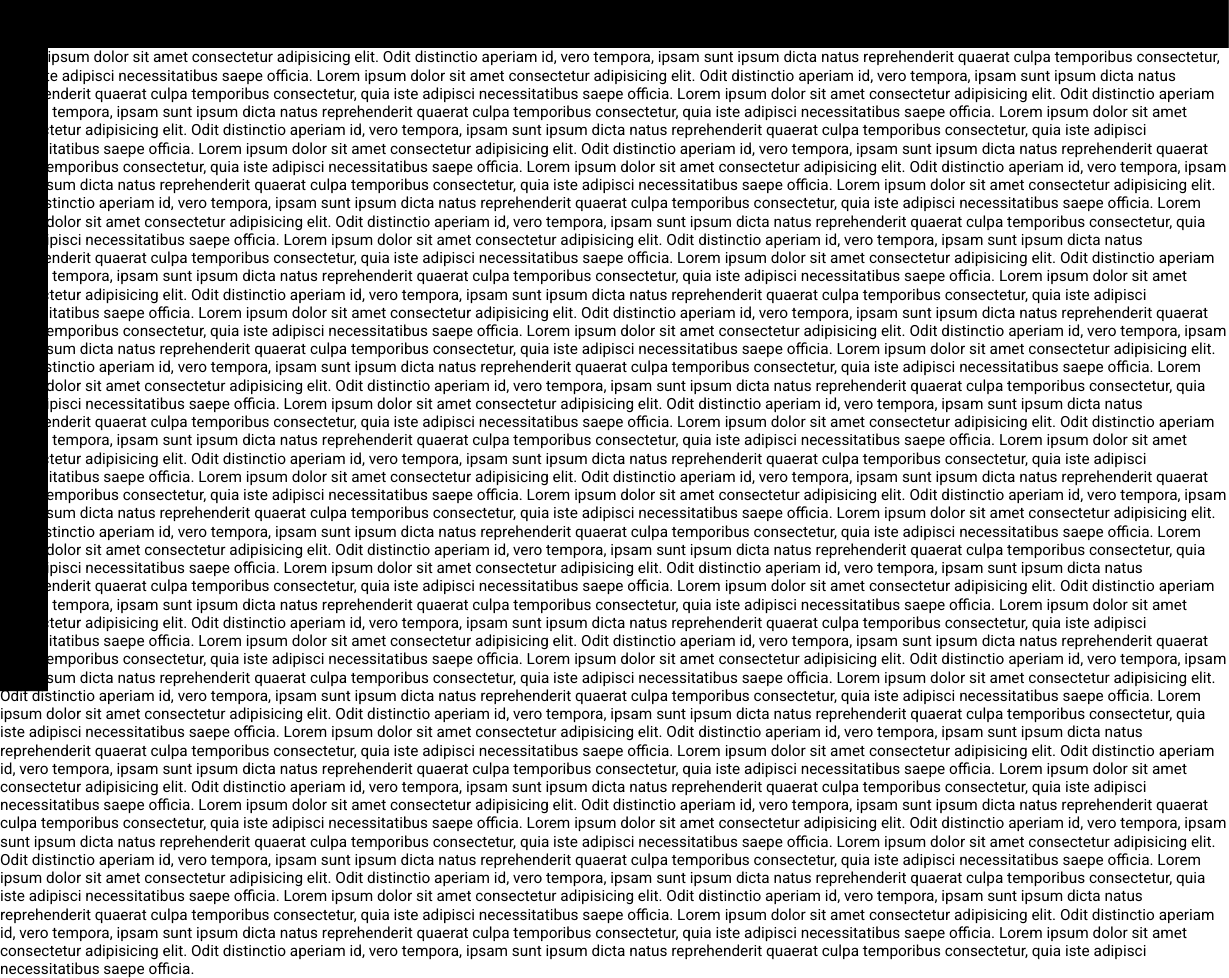
Repository: JulyK9/Movie-Website
Page: index.html
These files come from the project's save history. The page is drawn as it stood at one moment and after the next save; the edit follows.
The browser window is 1280 px wide. The pictures show the whole page, at 96% of full size.

Above is the page before, as saved 2022-07-02 23:05:52.

### index.html
<!DOCTYPE html>
<html lang="en">
<head>
    <meta charset="UTF-8">
    <meta http-equiv="X-UA-Compatible" content="IE=edge">
    <meta name="viewport" content="width=device-width, initial-scale=1.0">
    <title>Movie design</title>
    <link rel="stylesheet" href="style.css">

    <link rel="preconnect" href="https://fonts.googleapis.com">
    <link rel="preconnect" href="https://fonts.gstatic.com" crossorigin>
    <link href="https://fonts.googleapis.com/css2?family=Roboto:wght@100;300;400;500;700;900&family=Sen:wght@400;700;800&display=swap" rel="stylesheet">
</head>

<body>
    <nav class="navbar">
        <div class="navbar-container">
            <div class="logo-container"></div>
            <div class="menu-container"></div>
            <div class="profile-container"></div>
        </div>
    </nav>
    <div class="sidebar"></div>
    Lorem ipsum dolor sit amet consectetur adipisicing elit. Odit distinctio aperiam id, vero tempora, ipsam sunt ipsum dicta natus reprehenderit quaerat culpa temporibus consectetur, quia iste adipisci necessitatibus saepe officia.
    Lorem ipsum dolor sit amet consectetur adipisicing elit. Odit distinctio aperiam id, vero tempora, ipsam sunt ipsum dicta natus reprehenderit quaerat culpa temporibus consectetur, quia iste adipisci necessitatibus saepe officia.
    Lorem ipsum dolor sit amet consectetur adipisicing elit. Odit distinctio aperiam id, vero tempora, ipsam sunt ipsum dicta natus reprehenderit quaerat culpa temporibus consectetur, quia iste adipisci necessitatibus saepe officia.
    Lorem ipsum dolor sit amet consectetur adipisicing elit. Odit distinctio aperiam id, vero tempora, ipsam sunt ipsum dicta natus reprehenderit quaerat culpa temporibus consectetur, quia iste adipisci necessitatibus saepe officia.
    Lorem ipsum dolor sit amet consectetur adipisicing elit. Odit distinctio aperiam id, vero tempora, ipsam sunt ipsum dicta natus reprehenderit quaerat culpa temporibus consectetur, quia iste adipisci necessitatibus saepe officia.
    Lorem ipsum dolor sit amet consectetur adipisicing elit. Odit distinctio aperiam id, vero tempora, ipsam sunt ipsum dicta natus reprehenderit quaerat culpa temporibus consectetur, quia iste adipisci necessitatibus saepe officia.
    Lorem ipsum dolor sit amet consectetur adipisicing elit. Odit distinctio aperiam id, vero tempora, ipsam sunt ipsum dicta natus reprehenderit quaerat culpa temporibus consectetur, quia iste adipisci necessitatibus saepe officia.
    Lorem ipsum dolor sit amet consectetur adipisicing elit. Odit distinctio aperiam id, vero tempora, ipsam sunt ipsum dicta natus reprehenderit quaerat culpa temporibus consectetur, quia iste adipisci necessitatibus saepe officia.
    Lorem ipsum dolor sit amet consectetur adipisicing elit. Odit distinctio aperiam id, vero tempora, ipsam sunt ipsum dicta natus reprehenderit quaerat culpa temporibus consectetur, quia iste adipisci necessitatibus saepe officia.
    Lorem ipsum dolor sit amet consectetur adipisicing elit. Odit distinctio aperiam id, vero tempora, ipsam sunt ipsum dicta natus reprehenderit quaerat culpa temporibus consectetur, quia iste adipisci necessitatibus saepe officia.
    Lorem ipsum dolor sit amet consectetur adipisicing elit. Odit distinctio aperiam id, vero tempora, ipsam sunt ipsum dicta natus reprehenderit quaerat culpa temporibus consectetur, quia iste adipisci necessitatibus saepe officia.
    Lorem ipsum dolor sit amet consectetur adipisicing elit. Odit distinctio aperiam id, vero tempora, ipsam sunt ipsum dicta natus reprehenderit quaerat culpa temporibus consectetur, quia iste adipisci necessitatibus saepe officia.
    Lorem ipsum dolor sit amet consectetur adipisicing elit. Odit distinctio aperiam id, vero tempora, ipsam sunt ipsum dicta natus reprehenderit quaerat culpa temporibus consectetur, quia iste adipisci necessitatibus saepe officia.
    Lorem ipsum dolor sit amet consectetur adipisicing elit. Odit distinctio aperiam id, vero tempora, ipsam sunt ipsum dicta natus reprehenderit quaerat culpa temporibus consectetur, quia iste adipisci necessitatibus saepe officia.
    Lorem ipsum dolor sit amet consectetur adipisicing elit. Odit distinctio aperiam id, vero tempora, ipsam sunt ipsum dicta natus reprehenderit quaerat culpa temporibus consectetur, quia iste adipisci necessitatibus saepe officia.
    Lorem ipsum dolor sit amet consectetur adipisicing elit. Odit distinctio aperiam id, vero tempora, ipsam sunt ipsum dicta natus reprehenderit quaerat culpa temporibus consectetur, quia iste adipisci necessitatibus saepe officia.
    Lorem ipsum dolor sit amet consectetur adipisicing elit. Odit distinctio aperiam id, vero tempora, ipsam sunt ipsum dicta natus reprehenderit quaerat culpa temporibus consectetur, quia iste adipisci necessitatibus saepe officia.
    Lorem ipsum dolor sit amet consectetur adipisicing elit. Odit distinctio aperiam id, vero tempora, ipsam sunt ipsum dicta natus reprehenderit quaerat culpa temporibus consectetur, quia iste adipisci necessitatibus saepe officia.
    Lorem ipsum dolor sit amet consectetur adipisicing elit. Odit distinctio aperiam id, vero tempora, ipsam sunt ipsum dicta natus reprehenderit quaerat culpa temporibus consectetur, quia iste adipisci necessitatibus saepe officia.
    Lorem ipsum dolor sit amet consectetur adipisicing elit. Odit distinctio aperiam id, vero tempora, ipsam sunt ipsum dicta natus reprehenderit quaerat culpa temporibus consectetur, quia iste adipisci necessitatibus saepe officia.
    Lorem ipsum dolor sit amet consectetur adipisicing elit. Odit distinctio aperiam id, vero tempora, ipsam sunt ipsum dicta natus reprehenderit quaerat culpa temporibus consectetur, quia iste adipisci necessitatibus saepe officia.
    Lorem ipsum dolor sit amet consectetur adipisicing elit. Odit distinctio aperiam id, vero tempora, ipsam sunt ipsum dicta natus reprehenderit quaerat culpa temporibus consectetur, quia iste adipisci necessitatibus saepe officia.
    Lorem ipsum dolor sit amet consectetur adipisicing elit. Odit distinctio aperiam id, vero tempora, ipsam sunt ipsum dicta natus reprehenderit quaerat culpa temporibus consectetur, quia iste adipisci necessitatibus saepe officia.
    Lorem ipsum dolor sit amet consectetur adipisicing elit. Odit distinctio aperiam id, vero tempora, ipsam sunt ipsum dicta natus reprehenderit quaerat culpa temporibus consectetur, quia iste adipisci necessitatibus saepe officia.
    Lorem ipsum dolor sit amet consectetur adipisicing elit. Odit distinctio aperiam id, vero tempora, ipsam sunt ipsum dicta natus reprehenderit quaerat culpa temporibus consectetur, quia iste adipisci necessitatibus saepe officia.
    Lorem ipsum dolor sit amet consectetur adipisicing elit. Odit distinctio aperiam id, vero tempora, ipsam sunt ipsum dicta natus reprehenderit quaerat culpa temporibus consectetur, quia iste adipisci necessitatibus saepe officia.
    Lorem ipsum dolor sit amet consectetur adipisicing elit. Odit distinctio aperiam id, vero tempora, ipsam sunt ipsum dicta natus reprehenderit quaerat culpa temporibus consectetur, quia iste adipisci necessitatibus saepe officia.
    Lorem ipsum dolor sit amet consectetur adipisicing elit. Odit distinctio aperiam id, vero tempora, ipsam sunt ipsum dicta natus reprehenderit quaerat culpa temporibus consectetur, quia iste adipisci necessitatibus saepe officia.
    Lorem ipsum dolor sit amet consectetur adipisicing elit. Odit distinctio aperiam id, vero tempora, ipsam sunt ipsum dicta natus reprehenderit quaerat culpa temporibus consectetur, quia iste adipisci necessitatibus saepe officia.
    Lorem ipsum dolor sit amet consectetur adipisicing elit. Odit distinctio aperiam id, vero tempora, ipsam sunt ipsum dicta natus reprehenderit quaerat culpa temporibus consectetur, quia iste adipisci necessitatibus saepe officia.
    Lorem ipsum dolor sit amet consectetur adipisicing elit. Odit distinctio aperiam id, vero tempora, ipsam sunt ipsum dicta natus reprehenderit quaerat culpa temporibus consectetur, quia iste adipisci necessitatibus saepe officia.
    Lorem ipsum dolor sit amet consectetur adipisicing elit. Odit distinctio aperiam id, vero tempora, ipsam sunt ipsum dicta natus reprehenderit quaerat culpa temporibus consectetur, quia iste adipisci necessitatibus saepe officia.
    Lorem ipsum dolor sit amet consectetur adipisicing elit. Odit distinctio aperiam id, vero tempora, ipsam sunt ipsum dicta natus reprehenderit quaerat culpa temporibus consectetur, quia iste adipisci necessitatibus saepe officia.
    Lorem ipsum dolor sit amet consectetur adipisicing elit. Odit distinctio aperiam id, vero tempora, ipsam sunt ipsum dicta natus reprehenderit quaerat culpa temporibus consectetur, quia iste adipisci necessitatibus saepe officia.
    Lorem ipsum dolor sit amet consectetur adipisicing elit. Odit distinctio aperiam id, vero tempora, ipsam sunt ipsum dicta natus reprehenderit quaerat culpa temporibus consectetur, quia iste adipisci necessitatibus saepe officia.
    Lorem ipsum dolor sit amet consectetur adipisicing elit. Odit distinctio aperiam id, vero tempora, ipsam sunt ipsum dicta natus reprehenderit quaerat culpa temporibus consectetur, quia iste adipisci necessitatibus saepe officia.
    Lorem ipsum dolor sit amet consectetur adipisicing elit. Odit distinctio aperiam id, vero tempora, ipsam sunt ipsum dicta natus reprehenderit quaerat culpa temporibus consectetur, quia iste adipisci necessitatibus saepe officia.
    Lorem ipsum dolor sit amet consectetur adipisicing elit. Odit distinctio aperiam id, vero tempora, ipsam sunt ipsum dicta natus reprehenderit quaerat culpa temporibus consectetur, quia iste adipisci necessitatibus saepe officia.
    Lorem ipsum dolor sit amet consectetur adipisicing elit. Odit distinctio aperiam id, vero tempora, ipsam sunt ipsum dicta natus reprehenderit quaerat culpa temporibus consectetur, quia iste adipisci necessitatibus saepe officia.
</body>

</html>

### style.css
* {
    box-sizing: border-box;
    margin: 0;
}

body {
    font-family: 'Roboto', sans-serif;
/* font-family: 'Sen', sans-serif; */
    /* overflow: hidden; */
}

.navbar {
    width: 100vw;
    height: 50px;
    background-color: black;
}

.navbar-container {
    display: flex;
    align-items: center;
    background-color: blanchedalmond;
}

.sidebar {
    width: 50px;
    height: 100vh;
    background-color: black;
    position: fixed;   /* 스크롤바 생기는 부분 제거 및 사이드바 고정 */
    top: 0;     /* 사이드바 삳단 고정 */

}

After the next save:
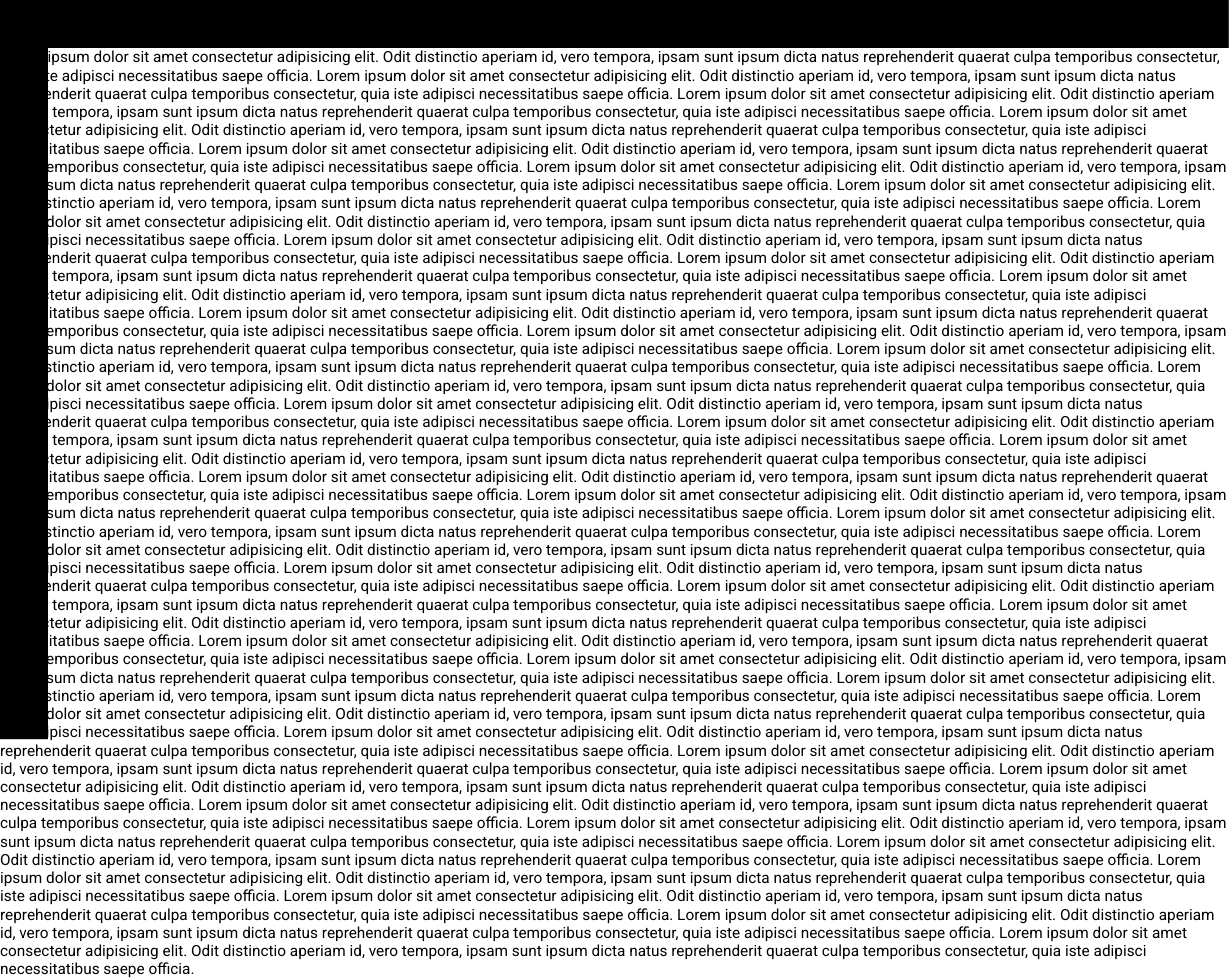
Saved 23 s later.
--- a/style.css
+++ b/style.css
@@ -26,6 +26,6 @@
     height: 100vh;
     background-color: black;
     position: fixed;   /* 스크롤바 생기는 부분 제거 및 사이드바 고정 */
-    top: 0;     /* 사이드바 삳단 고정 */
+    /* top: 0;     사이드바 상단 고정 */
 
 }

After the save that followed:
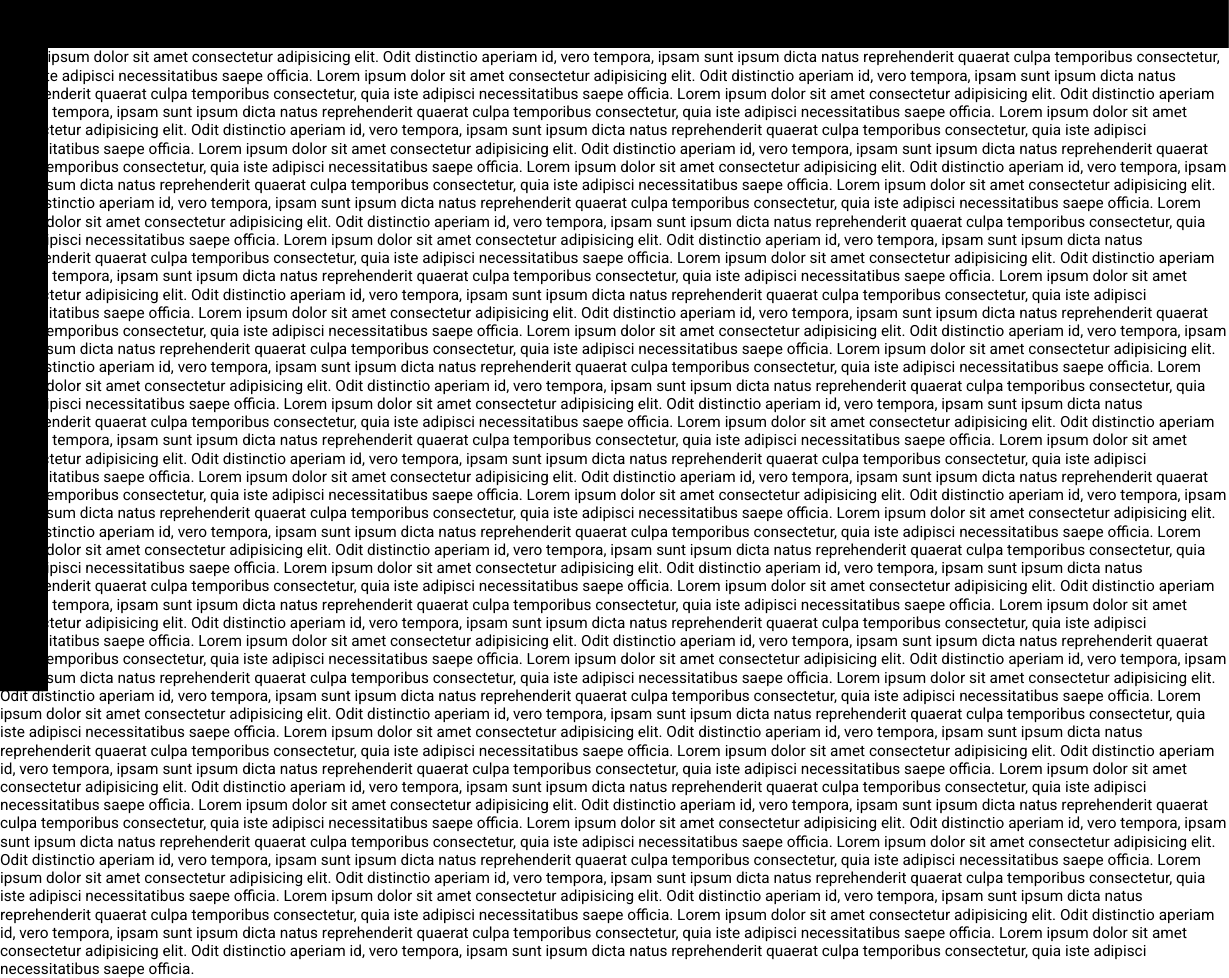
Saved 25 s later.
--- a/style.css
+++ b/style.css
@@ -26,6 +26,6 @@
     height: 100vh;
     background-color: black;
     position: fixed;   /* 스크롤바 생기는 부분 제거 및 사이드바 고정 */
-    /* top: 0;     사이드바 상단 고정 */
+    top: 0;     /* 사이드바 상단 고정 */
 
 }
